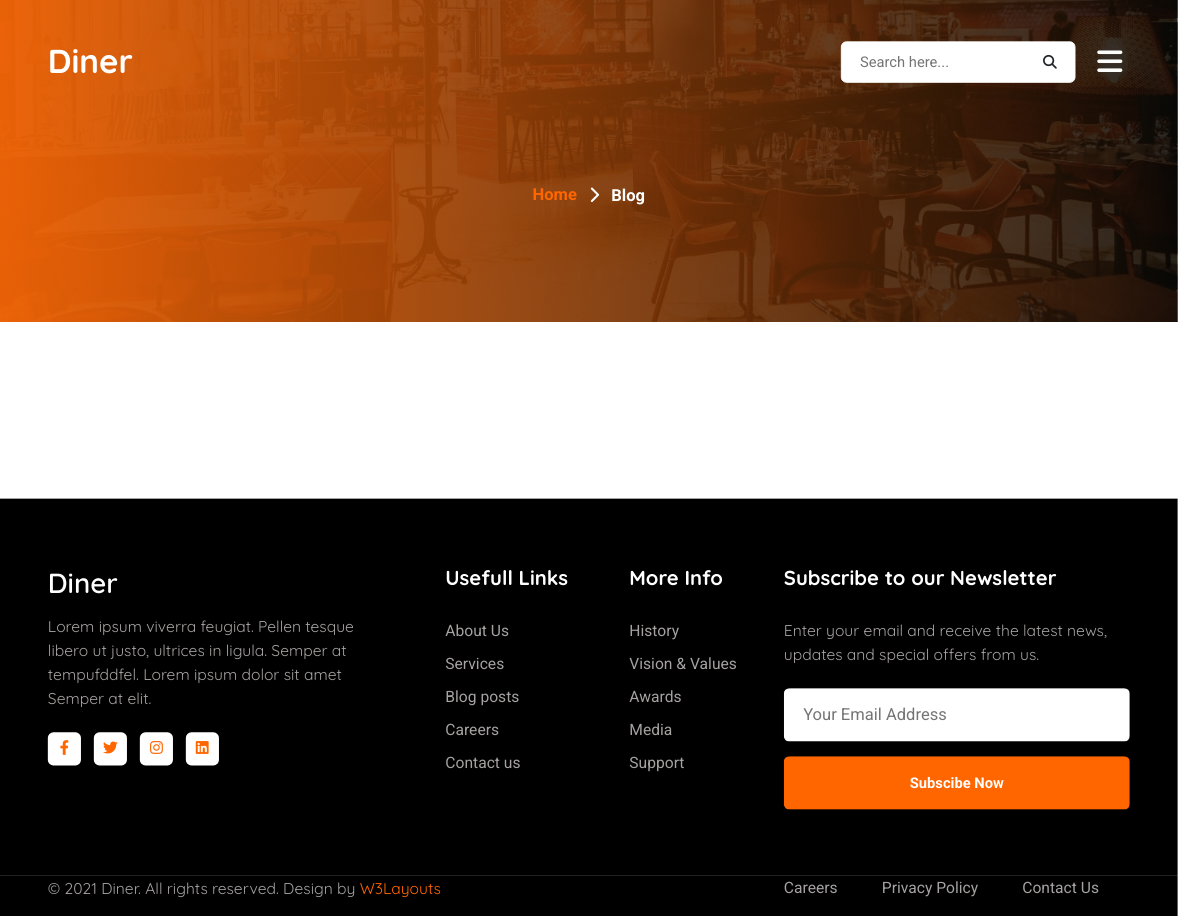
Repository: minhtrivu6199/Diner
Page: blog.html
The author's editor kept a copy of each file at every save. The page is drawn from the files as they stood at one save, then again after the next save.
The browser window is 1280 px wide. The pictures show the whole page, at 92% of full size.
Backgrounds fixed to the window are drawn as part of the page. The style sheet was rebuilt from its Sass, Less or Tailwind sources for each picture, by a compiler version that may differ from the author's.

Above is the page before, as saved 2022-10-11 23:22:44.

After the next save:
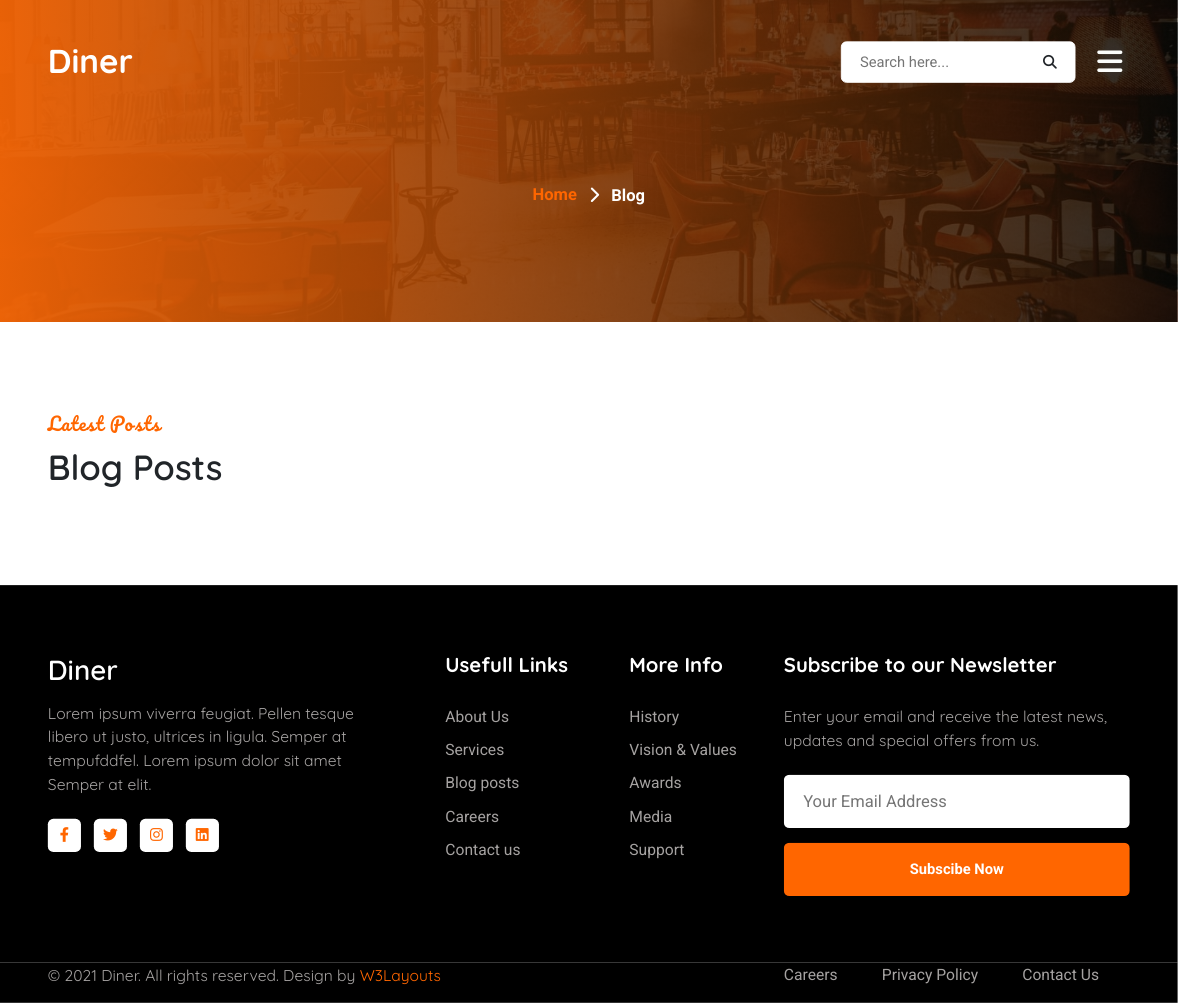
Saved 39 s later.
--- a/blog.html
+++ b/blog.html
@@ -123,7 +123,10 @@
     <section class="blog py-5">
         <div class="container py-md-5 py-2">
             <div class="header-title">
-
+                <h6 class="subtitle">
+                    Latest Posts
+                </h6>
+                <h3 class="title">Blog Posts</h3>
             </div>
         </div>
     </section>
